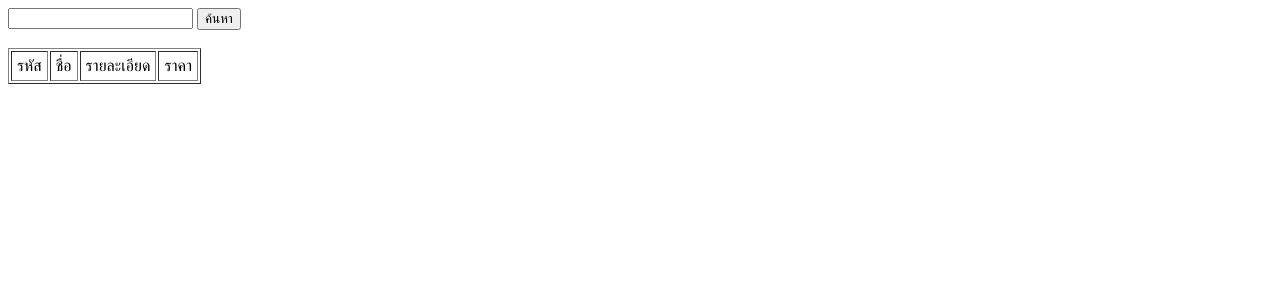
Repository: Wanaratkhamla/LabJavaWeb
Page: http://localhost/Studynoon/
These files come from the project's save history. The page is drawn as it stood at one moment and after the next save; the edit follows.
The browser window is 1280 px wide. The pictures show the whole page.
The page is served by Tomcat 9. Queries for data that is not in the repository find no rows.

Above is the page before, as saved 2017-02-25 12:39:39.

After the next save:
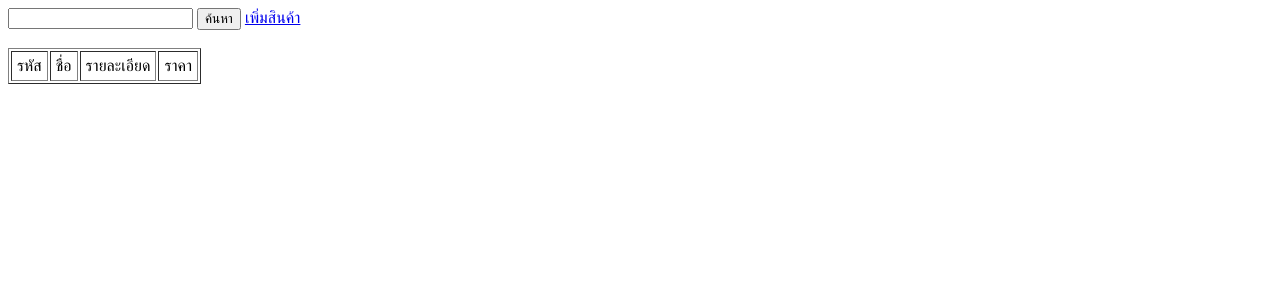
Saved 52 s later.
--- a/Studynoon/WebContent/index.jsp
+++ b/Studynoon/WebContent/index.jsp
@@ -32,6 +32,7 @@
 		<input
 			type="text" name="string">
 		<button type="summit">ค้นหา</button>
+		<a href='Insert.jsp'>เพิ่มสินค้า</a>
 	</form>
 	<br>
 
